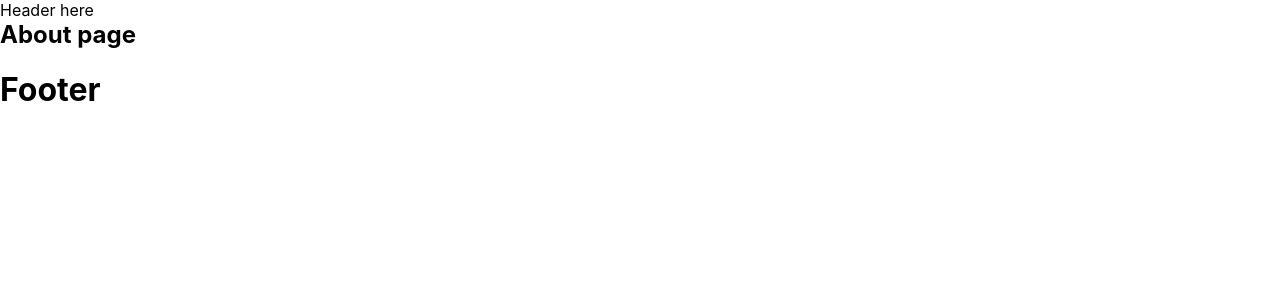
Repository: BinhIT/workflow
Page: /about
An editor plug-in stored every save of this project. The page is shown before and after the next save, followed by the edit.
The browser window is 1280 px wide. The pictures show the whole page.
The project was rebuilt for these pictures with package versions that can differ from the ones it lists, and the page was loaded fresh each time. Also part of the build but not shown: src/components/Layout/Applayout/index.js, src/page/Home/index.js, src/page/Dashboard/index.js.

Above is the page before, as saved 2023-03-05 01:26:08.

### src/App.js
import { BrowserRouter as Router, Routes, Route } from "react-router-dom";
import { Fragment } from "react";
import { Defautlayout } from "~/components/Layout";
import { publicRoutes } from "~/routes";
function App() {
  return (
    <Router>
      <div className="App">
        <header className="App-header">
        </header>
        <Routes>
          {publicRoutes.map((route, index) => {
            const Page = route.component;
            let Layout = Defautlayout
            if (route.layout) {
              Layout = route.layout
            } else if (route.layout === null) {
              Layout = Fragment
            }
            return <Route key={index} path={route.path} element={
              <Layout>< Page /> </Layout>
            } />;
          })}
        </Routes>
      </div>
    </Router>
  );
}

export default App;

### src/components/Layout/index.js
export { default as Defautlayout } from './Defautlayout'
export { default as Applayout } from './Applayout'

### src/routes/index.js
import Home from "~/page/Home";
import About from "~/page/About"
import Dashboard from "~/page/Dashboard";
//Layout
import { Applayout } from "~/components/Layout";
const publicRoutes = [
    { path: '/', component: Home },
    { path: '/about', component: About },
    { path: '/dashboard', component: Dashboard, layout: Applayout },
]
const privateRoutes = [

]
export { publicRoutes, privateRoutes, Dashboard }

### src/components/Layout/Defautlayout/index.js
import Header from "../component/Header";
import Footer from "../component/Footer";
function Defautllayout({ children }) {
    return (
        <div>

            <div className="wraper">
                <Header />
                <div className="content">{children}
                </div>
                <Footer />
            </div>

        </div>
    )
}

export default Defautllayout;

### src/page/About/index.js
function About() {
    return <h2>About page</h2>
}
export default About;

### src/components/Layout/component/Header/index.js
import styles from './Header.module.scss';
import classNames from 'classnames/bind';
const cx = classNames.bind(styles)
function Header() {
    return <header className={cx('wrapper')}>Header here </header>;
}
export default Header;

### src/components/Layout/component/Footer/index.js
function Footer() {
    return <h1>Footer </h1>;
}
export default Footer;

### src/components/Layout/component/Header/Header.module.scss
.wrapper {
    background-color: rgb(255, 255, 255);
    cursor: default;
    position: fixed;
    top: 0px;
    transition: background-color 0.5s ease 0s, box-shadow 0.5s ease 0s;
    width: 100vw;
    z-index: 100;
}

Loaded but not shown: public/index.html (common file); src/index.js (common file); src/index.css (common file); src/reportWebVitals.js (common file)

After the next save:
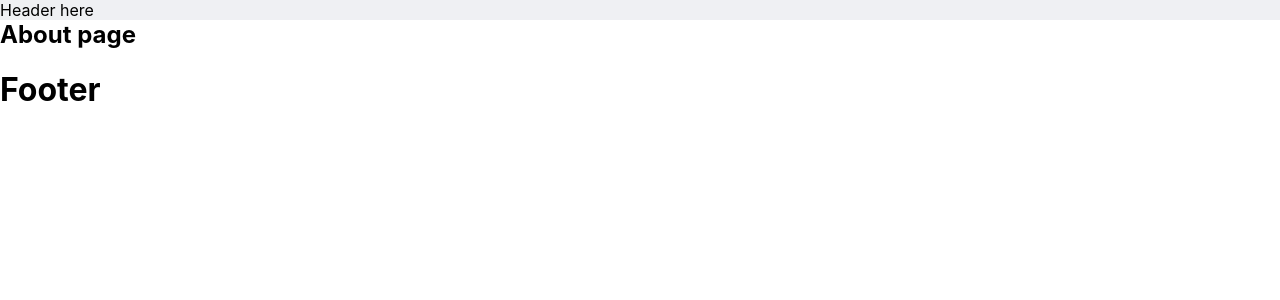
Saved 32 s later.
--- a/src/components/Layout/component/Header/Header.module.scss
+++ b/src/components/Layout/component/Header/Header.module.scss
@@ -1,5 +1,5 @@
 .wrapper {
-    background-color: rgb(255, 255, 255);
+    background-color: #eff0f3;
     cursor: default;
     position: fixed;
     top: 0px;

After the 3 saves that followed:
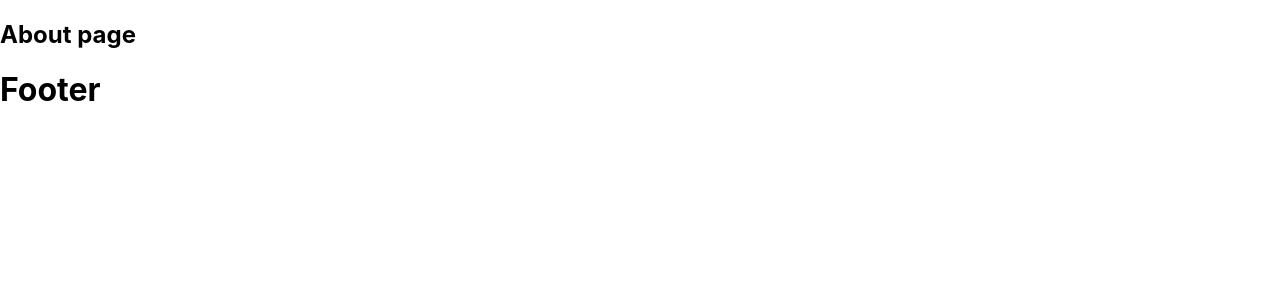
The 3 saves are shown as one change because 1 did not build or start and 1 left the picture as it was.
The last was saved 2 min 27 s later.
--- a/src/components/Layout/component/Header/index.js
+++ b/src/components/Layout/component/Header/index.js
@@ -2,6 +2,10 @@ import styles from './Header.module.scss';
 import classNames from 'classnames/bind';
 const cx = classNames.bind(styles)
 function Header() {
-    return <header className={cx('wrapper')}>Header here </header>;
+    return (
+        <header className={cx('wrapper')}>
+
+        </header>
+    )
 }
 export default Header;
--- a/src/components/Layout/component/Header/Header.module.scss
+++ b/src/components/Layout/component/Header/Header.module.scss
@@ -7,3 +7,11 @@
     width: 100vw;
     z-index: 100;
 }
+.caTbTe {
+    -webkit-box-align: stretch;
+    align-items: stretch;
+    display: flex;
+    height: 60px;
+    margin: 0px auto;
+    max-width: 1320px;
+}
